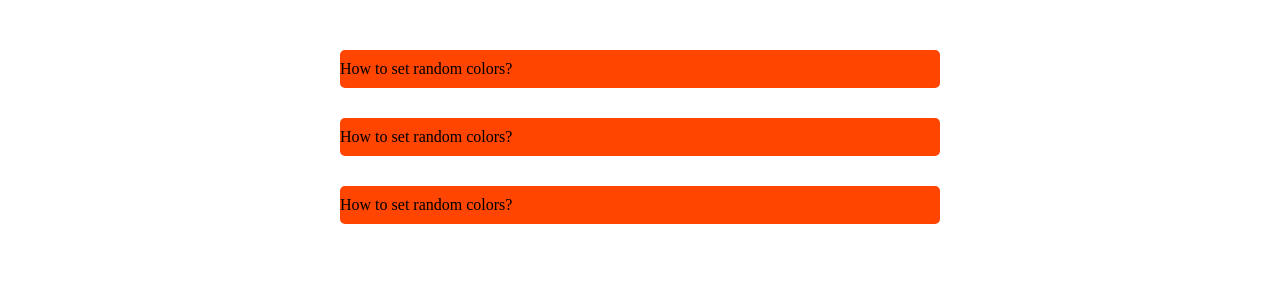
Repository: truongtn04/f8-fullstack-k5
Page: day05/ex02.html
The author's editor kept a copy of each file at every save. The page is drawn from the files as they stood at one save, then again after the next save.
The browser window is 1280 px wide. The pictures show the whole page.

Above is the page before, as saved 2023-12-04 11:25:00.

After the next save:
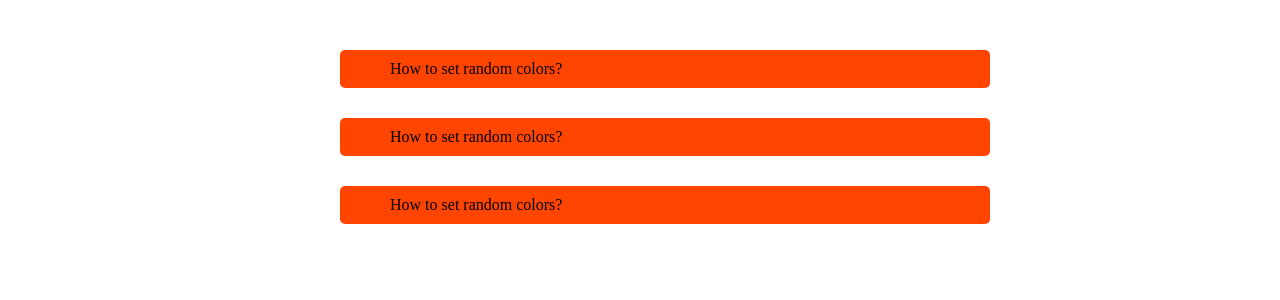
Saved 19 s later.
--- a/day05/css/ex02.css
+++ b/day05/css/ex02.css
@@ -18,6 +18,7 @@ label{
     margin-bottom: 30px;
     border-radius: 5px;
     position: relative;
+    padding-left: 50px;
 }
 .text{
     display: none;
